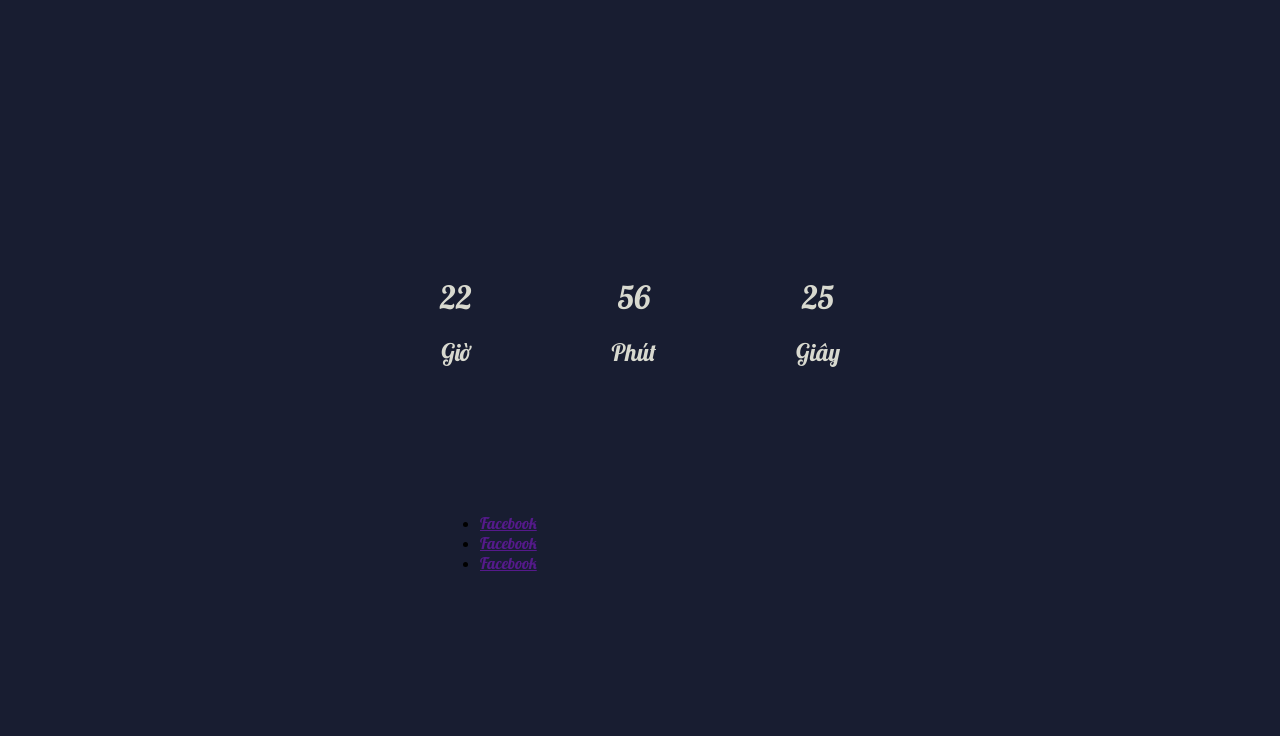
Repository: Dangtrinh28/myWatch
Page: index.html
An editor plug-in stored every save of this project. The page is shown before and after a run of saves, followed by the edit.
The browser window is 1280 px wide. The pictures show the whole page.

Above is the page before, as saved 2022-12-06 23:45:02.

After the next 3 saves:
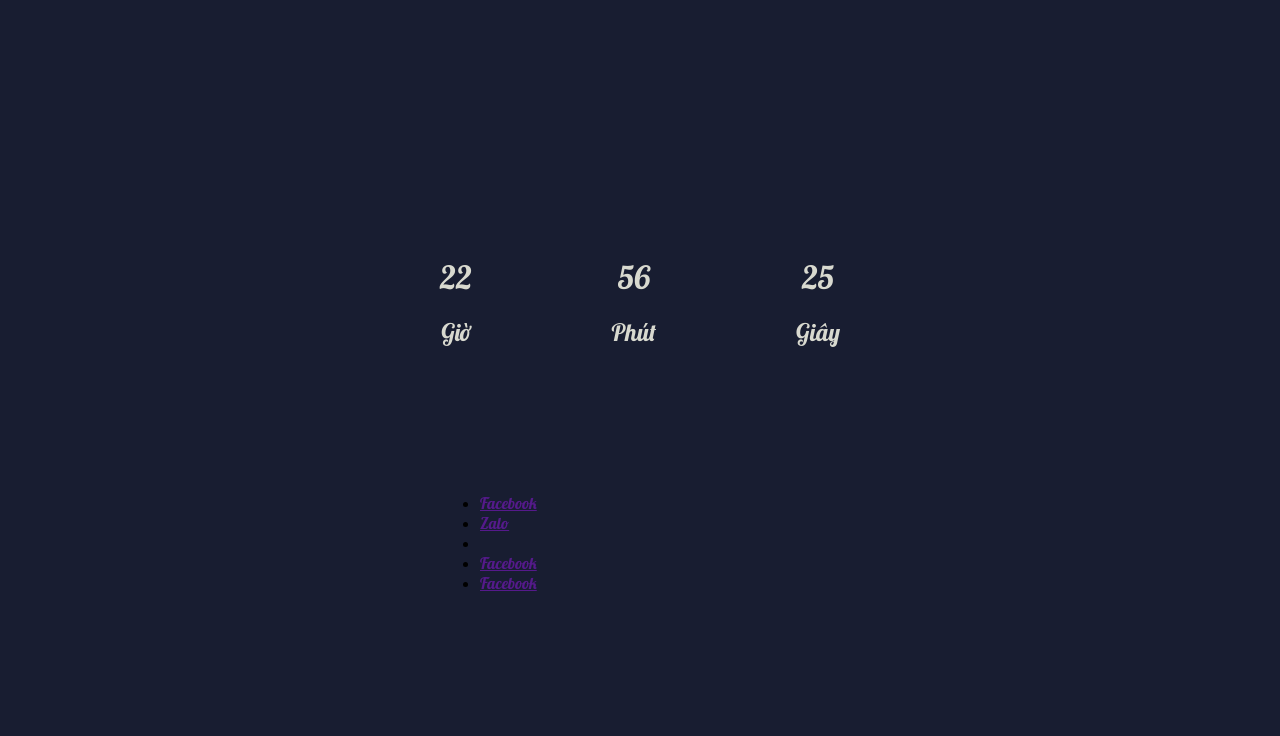
The 3 saves are shown as one change because they came seconds apart.
The last was saved 10 s later.
--- a/index.html
+++ b/index.html
@@ -33,6 +33,8 @@
 
         <ul class="contact">
             <li><a href="">Facebook</a></li>
+            <li><a href="">Zalo</a></li>
+            <li><a href=""></a></li>
             <li><a href="">Facebook</a></li>
             <li><a href="">Facebook</a></li>
         </ul>
